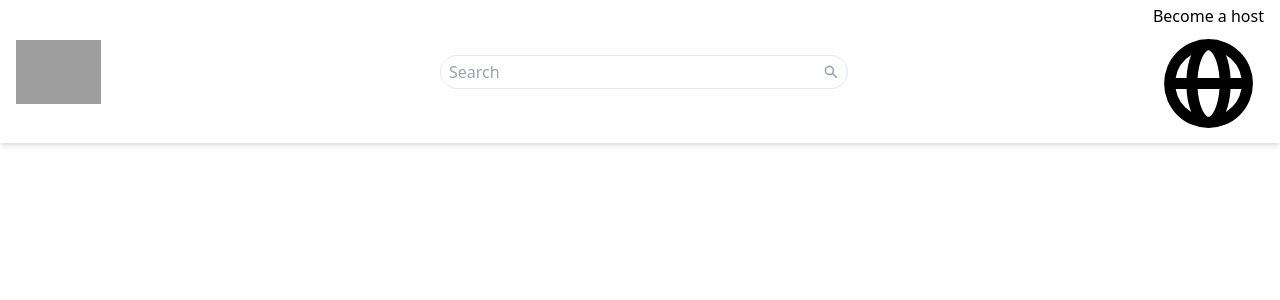
Repository: BroDudeeee/Airbnb-Clone
Page: /
An editor plug-in stored every save of this project. The page is shown before and after the next save, followed by the edit.
The browser window is 1280 px wide. The pictures show the whole page.
Pictures or frames that could not be fetched are drawn as grey boxes. The project was rebuilt for these pictures with package versions that can differ from the ones it lists, and the page was loaded fresh each time. The framework's server and built-in components were replaced by stand-ins that run in the browser. Also part of the build but not shown: next.config.js.

Above is the page before, as saved 2022-06-20 20:52:11.

After the next save:
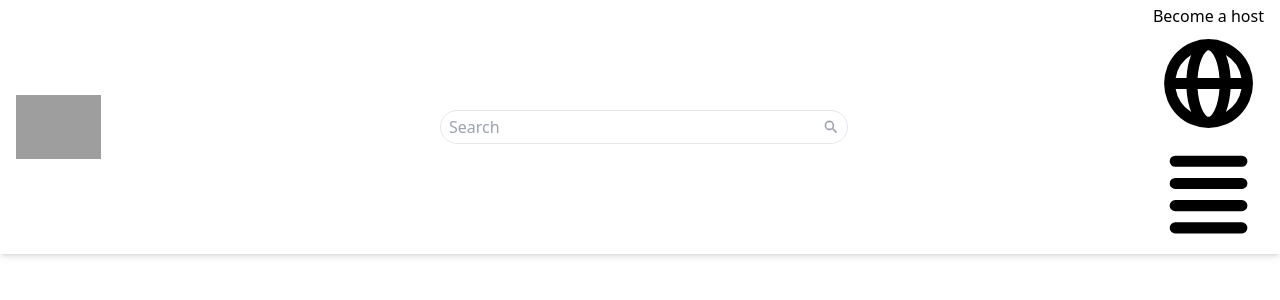
Saved 22 s later.
--- a/components/Header.js
+++ b/components/Header.js
@@ -31,9 +31,10 @@ const Header = () => {
         <div>
           <p>Become a host</p>
           <GlobeAltIcon />
+          <ViewListIcon />
         </div>
         <div>
-          <ViewListIcon />
+
         </div>
       </div>
     </header>
